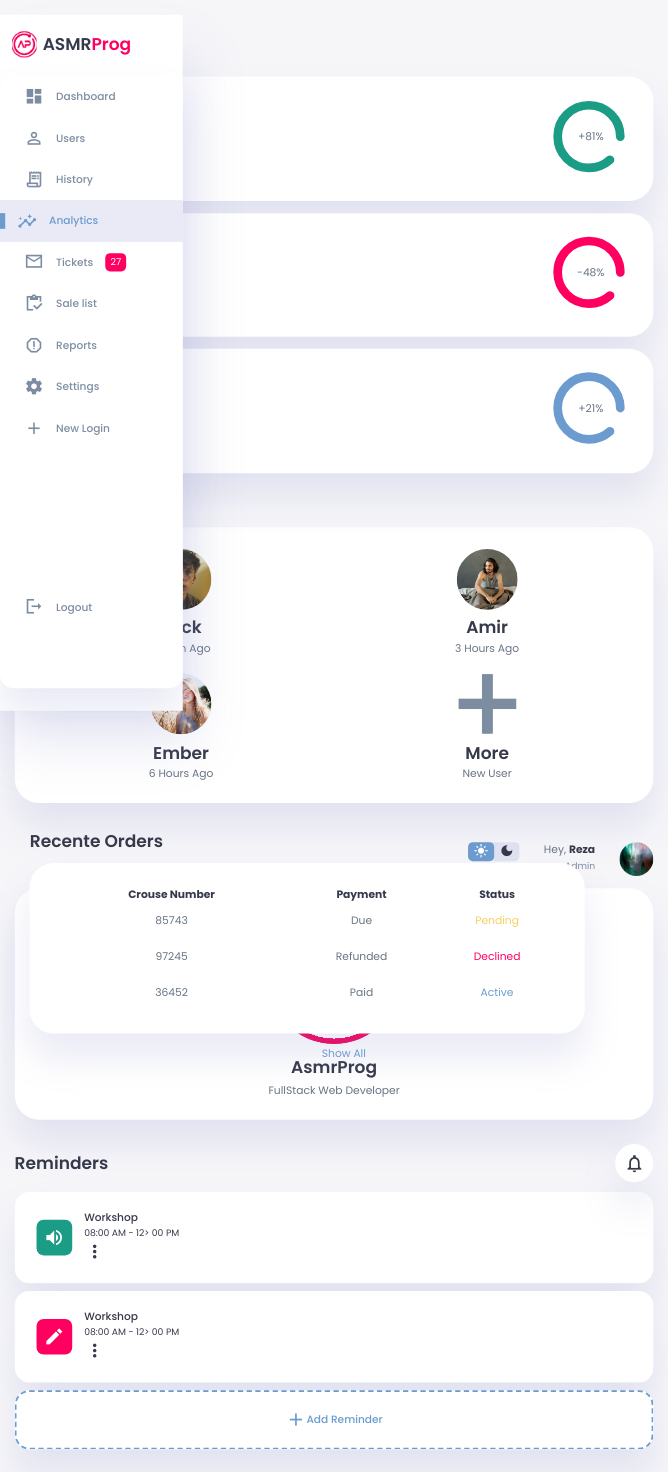
Repository: pheonix5/ProjetosRN-linux
Page: DashBoard/index.html
An editor plug-in stored every save of this project. The page is shown before and after the next save, followed by the edit.
The browser window is 768 px wide. The pictures show the whole page, at 87% of full size.

Above is the page before, as saved 2023-08-06 03:36:42.

After the next save:
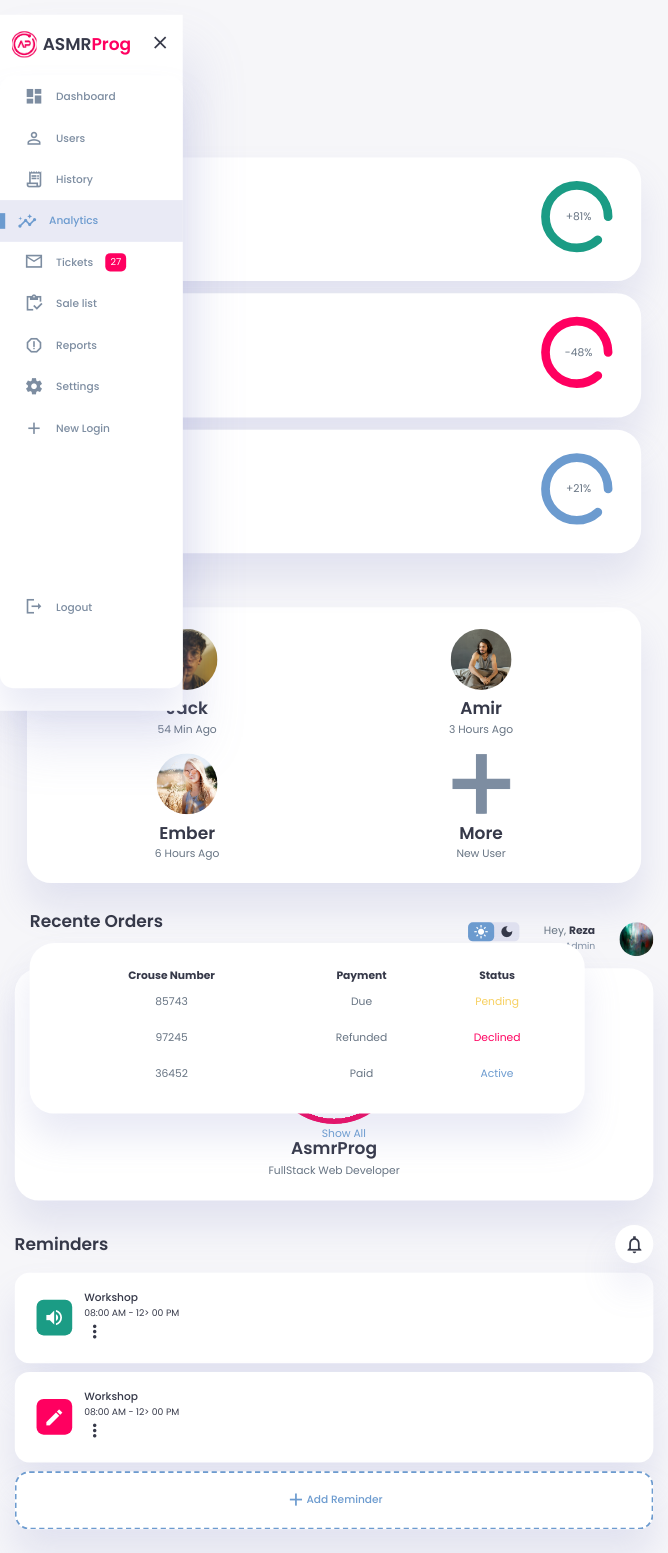
Saved 73 s later.
--- a/DashBoard/style.css
+++ b/DashBoard/style.css
@@ -634,4 +634,14 @@ main .recent-orders a{
     position: absolute;
     bottom: 5rem;
   }
-}
+
+  aside .toggle .close{
+    display: inline-block;
+    cursor: pointer;
+  }
+
+  main{
+    margin-top: 8rem;
+    padding: 0 1rem;
+  }
+}
